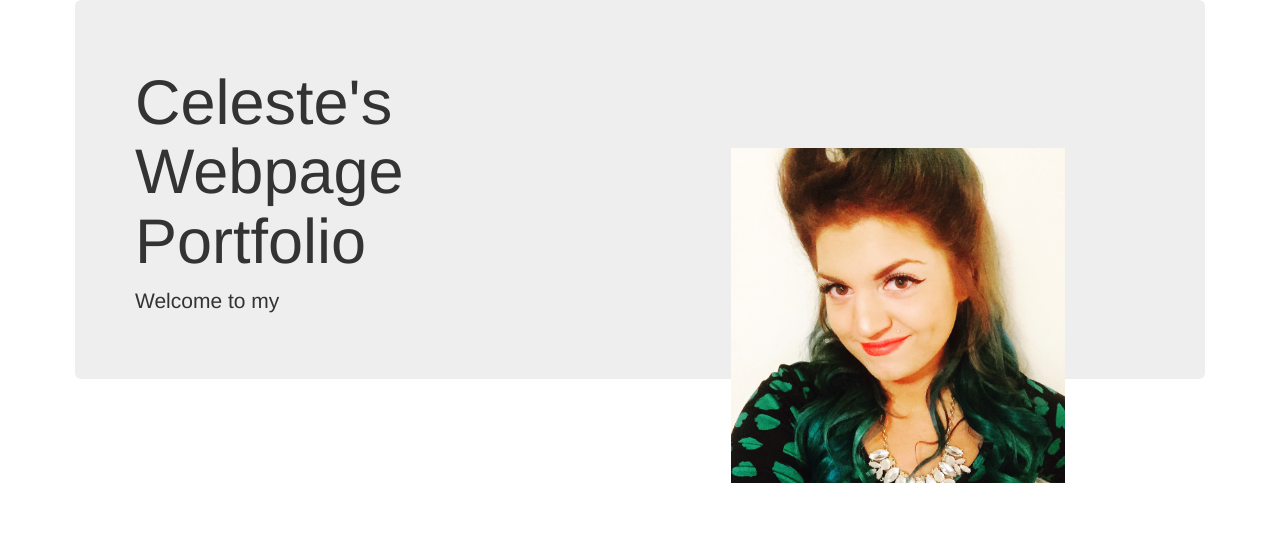
Repository: fieldceleste/portfolio-celeste
Page: portfolio-celeste.html
An editor plug-in stored every save of this project. The page is shown before and after the next save, followed by the edit.
The browser window is 1280 px wide. The pictures show the whole page.

Above is the page before, as saved 2019-11-01 12:14:06.

After the next save:
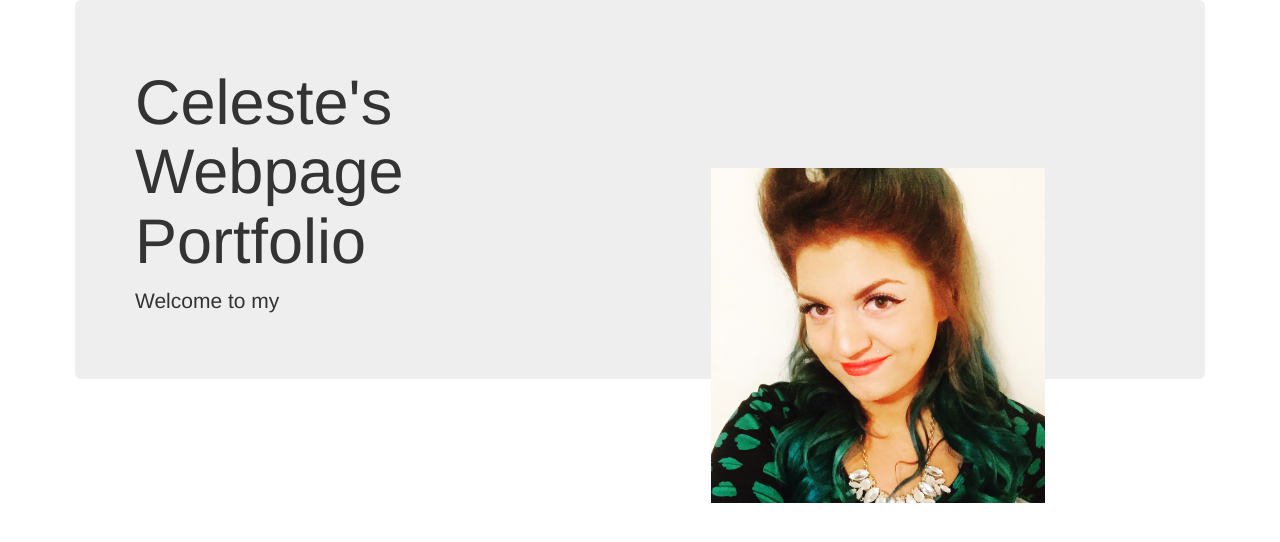
Saved 13 s later.
--- a/css/styles.css
+++ b/css/styles.css
@@ -3,5 +3,5 @@ float:right;
 width: 45%;
 height:45%;
 padding: 60px;
-margin: 20px;
+margin: 40px;
 }
